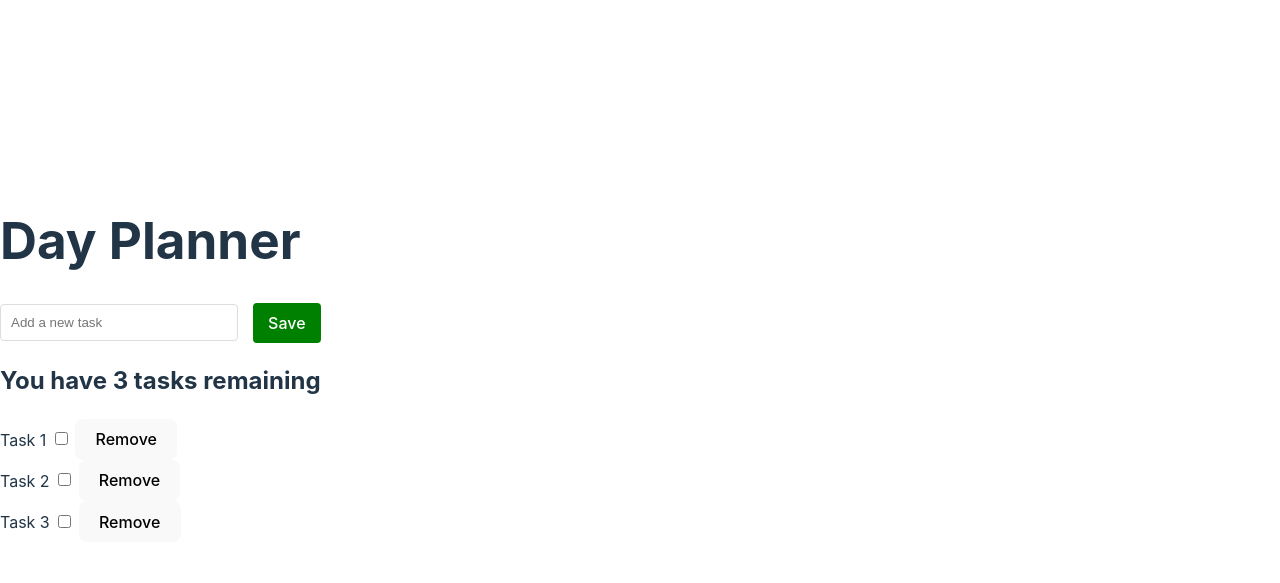
Repository: GavinPahal/Lab7
Page: /
An editor plug-in stored every save of this project. The page is shown before and after the next save, followed by the edit.
The browser window is 1280 px wide. The pictures show the whole page.
The project was rebuilt for these pictures with package versions that can differ from the ones it lists, and the page was loaded fresh each time. Also part of the build but not shown: vite.config.js.

Above is the page before, as saved 2024-10-27 12:41:49.

After the next save:
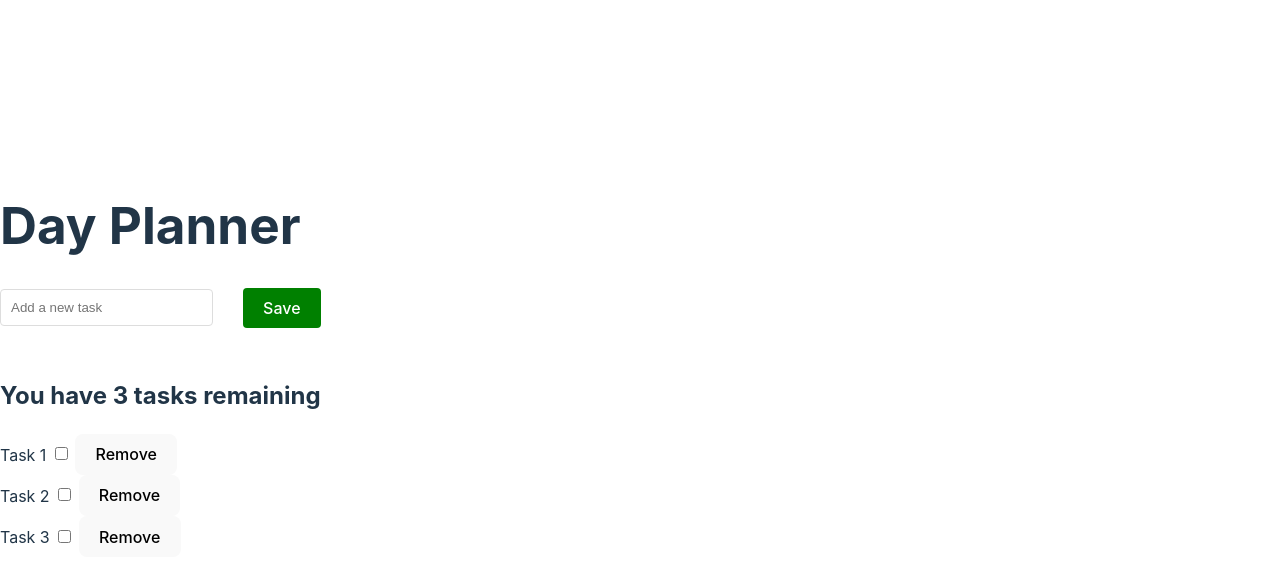
Saved 56 s later.
--- a/src/App.css
+++ b/src/App.css
@@ -1,19 +1,19 @@
 .task-form {
   display: flex; /* Use flexbox for alignment */
   align-items: center; /* Center items vertically */
-  margin-bottom: 20px; /* Space below the form */
+  margin-bottom: 50px; /* Increase space below the form */
 }
 
 .task-form input[type="text"] {
   flex: 1; /* Allow the input to take available space */
   padding: 10px; /* Same padding for consistency */
-  margin-right: 15px; /* Increased space between input and button */
+  margin-right: 30px; /* Increased space between input and button */
   border: 1px solid #ddd; /* Add border */
   border-radius: 4px; /* Rounded corners */
 }
 
 .task-form button {
-  padding: 10px 15px; /* Adjust padding for button */
+  padding: 10px 20px; /* Adjust padding for button */
   background-color: green; /* Green background */
   color: white; /* White text */
   border: none; /* No border */

After the save that followed:
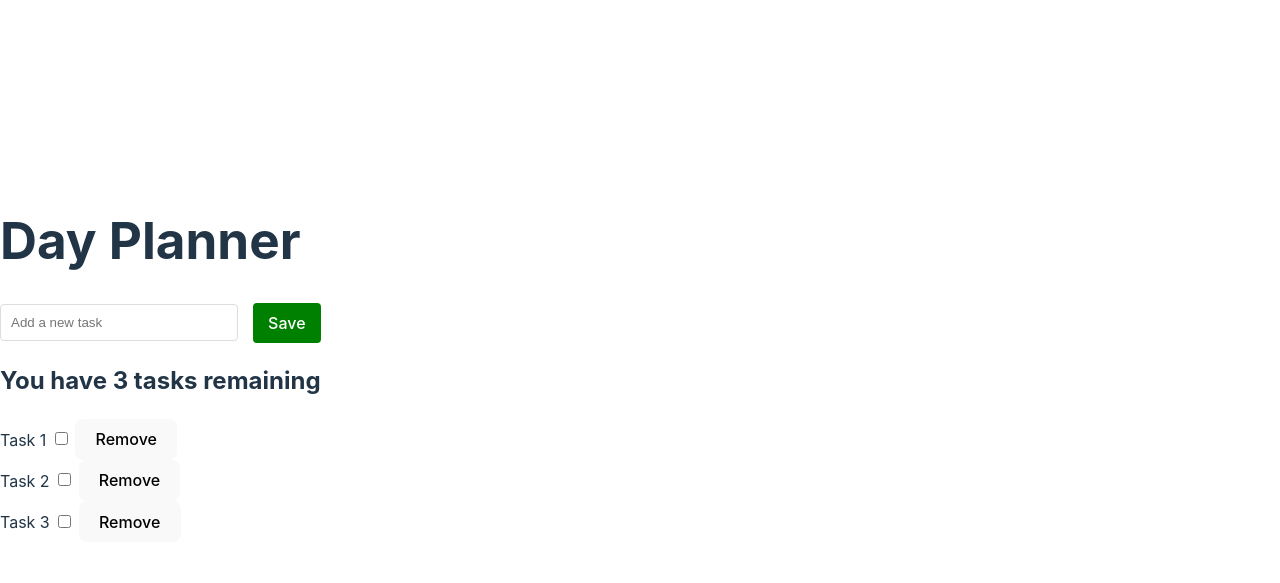
Saved 15 s later.
--- a/src/App.css
+++ b/src/App.css
@@ -1,19 +1,19 @@
 .task-form {
   display: flex; /* Use flexbox for alignment */
   align-items: center; /* Center items vertically */
-  margin-bottom: 50px; /* Increase space below the form */
+  margin-bottom: 20px; /* Space below the form */
 }
 
 .task-form input[type="text"] {
   flex: 1; /* Allow the input to take available space */
   padding: 10px; /* Same padding for consistency */
-  margin-right: 30px; /* Increased space between input and button */
+  margin-right: 15px; /* Increased space between input and button */
   border: 1px solid #ddd; /* Add border */
   border-radius: 4px; /* Rounded corners */
 }
 
 .task-form button {
-  padding: 10px 20px; /* Adjust padding for button */
+  padding: 10px 15px; /* Adjust padding for button */
   background-color: green; /* Green background */
   color: white; /* White text */
   border: none; /* No border */
